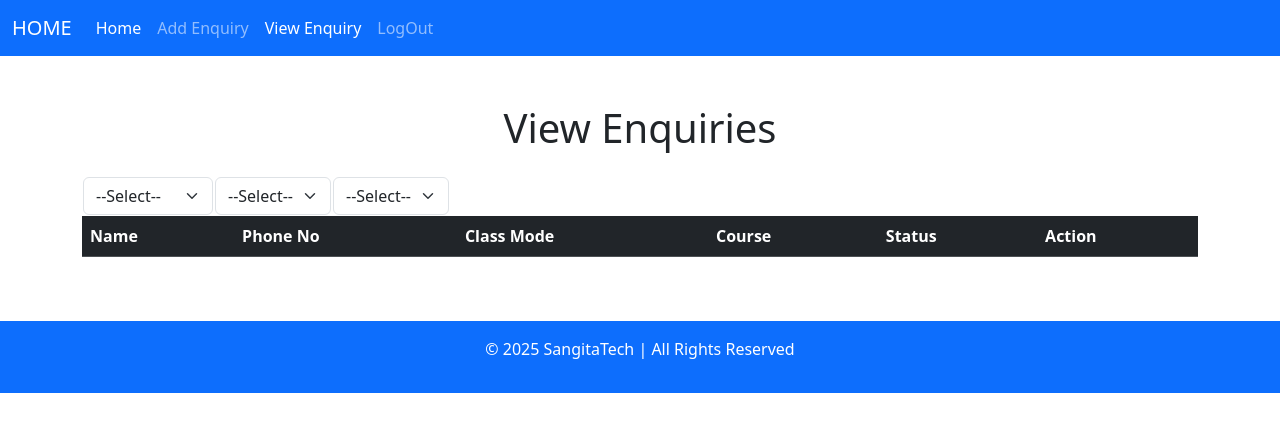
Repository: SitaSangita/Project
Page: http://localhost/viewenquiry
An editor plug-in stored every save of this project. The page is shown before and after the next save, followed by the edit.
The browser window is 1280 px wide. The pictures show the whole page.
The page is this project's Thymeleaf template; nobody is signed in. The template is opened directly, without the code that normally fills it, so the values that code supplies are empty.

Above is the page before, as saved 2025-01-02 18:34:00.

### 01_CounsellorProtal_MiniProject/src/main/resources/templates/viewenquiry.html
<!doctype html>
<html lang="en">

<head>
	<meta charset="utf-8">
	<meta name="viewport" content="width=device-width, initial-scale=1">
	<title>View Enquiry Details</title>
	<link href="https://cdn.jsdelivr.net/npm/bootstrap@5.3.0-alpha1/dist/css/bootstrap.min.css" rel="stylesheet">
</head>

<body>
	<!-- Navbar -->
	<nav class="navbar navbar-expand-lg navbar-dark bg-primary">
		<div class="container-fluid">
			<a class="navbar-brand" href="#">HOME</a>
			<button class="navbar-toggler" type="button" data-bs-toggle="collapse" data-bs-target="#navbarNav"
				aria-controls="navbarNav" aria-expanded="false" aria-label="Toggle navigation">
				<span class="navbar-toggler-icon"></span>
			</button>
			<div class="collapse navbar-collapse" id="navbarNav">
				<ul class="navbar-nav">
					<li class="nav-item">
						<a class="nav-link active" aria-current="page" href="dashboard">Home</a>
					</li>
					<li class="nav-item">
						<a class="nav-link" href="enquiry-page">Add Enquiry</a>
					</li>
					<li class="nav-item">
						<a class="nav-link active" aria-current="page" href="/view-enquiries">View Enquiry</a>
					</li>
					<li class="nav-item">
						<a class="nav-link" href="/logout">LogOut</a>
					</li>
				</ul>
			</div>
		</div>
	</nav>

	<!-- Main Content -->
	<div class="container my-5">
		<h1 class="text-center mb-4">View Enquiries</h1>
		<div class="table-responsive">
			<form>
				<table>
					<tr>
						<td>
							<select class="form-select" id="classMode" th:field="*{classMode}">
								<option value="">--Select--</option>
								<option value="Classroom">Classroom</option>
								<option value="online">Online</option>
							</select>
						</td>
						<td>
							<select class="form-select" id="course" th:field="*{course}">
								<option value="">--Select--</option>
								<option value="Java">Java</option>
								<option value="DevOps">DevOps</option>
								<option value="C++">C++</option>
								<option value="AWS">AWS</option>
								<option value="Linux">Linux</option>
								<option value="Docker">Docker</option>
							</select>
						</td>
						<td>
							<select class="form-select" id="status" th:field="*{status}">
								<option value="">--Select--</option>
								<option value="Enrolled">Enrolled</option>
								<option value="Open">Open</option>
								<option value="Lost">Lost</option>
							</select>
						</td>
					</tr>
				</table>
			</form>
			<table class="table table-striped table-hover">
				<thead class="table-dark">
					<tr>
						<th scope="col">Name</th>
						<th scope="col">Phone No</th>
						<th scope="col">Class Mode</th>
						<th scope="col">Course</th>
						<th scope="col">Status</th>
						<th scope="col">Action</th>
					</tr>
				</thead>
				<tbody>
					<tr th:each="enq : ${enquiries}">
						<td th:text="${enq.name}"></td>
						<td th:text="${enq.phoneNo}"></td>
						<td th:text="${enq.classMode}"></td>
						<td th:text="${enq.course}"></td>
						<td th:text="${enq.status}"></td>
						<td>
							<a th:href="@{/edit-enquiry(enqId=${enq.enqId})}">Edit</a>
						</td>
					</tr>
				</tbody>
			</table>
		</div>
	</div>

	<!-- Footer -->
	<footer class="bg-primary text-white text-center py-3">
		<p>&copy; 2025 SangitaTech | All Rights Reserved</p>
	</footer>

	<script src="https://cdn.jsdelivr.net/npm/bootstrap@5.3.0-alpha1/dist/js/bootstrap.bundle.min.js"></script>
</body>

</html>

After the next save:
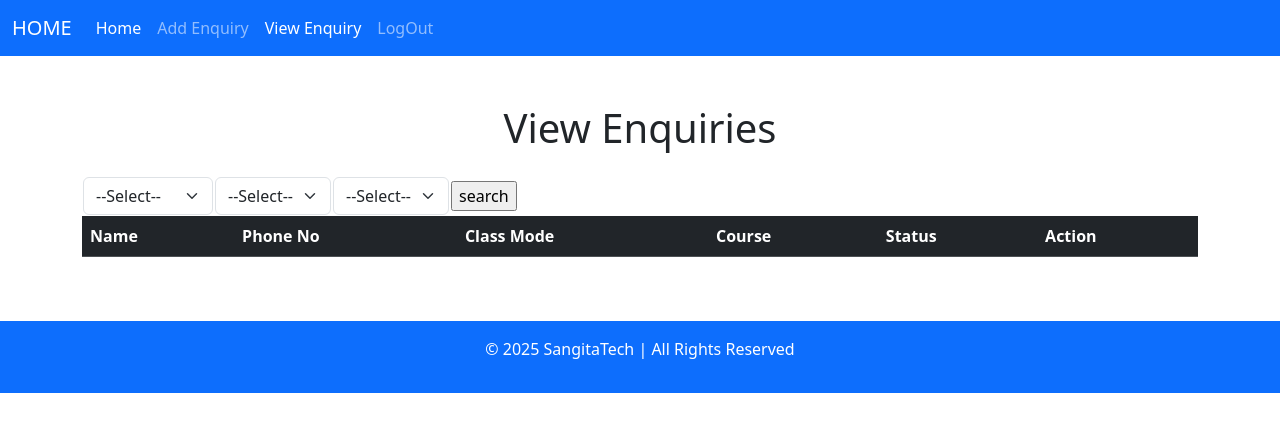
Saved 76 s later.
--- a/01_CounsellorProtal_MiniProject/src/main/resources/templates/viewenquiry.html
+++ b/01_CounsellorProtal_MiniProject/src/main/resources/templates/viewenquiry.html
@@ -69,6 +69,9 @@
 								<option value="Lost">Lost</option>
 							</select>
 						</td>
+						<td>
+							<input type="submit" value="search">
+						</td>
 					</tr>
 				</table>
 			</form>
